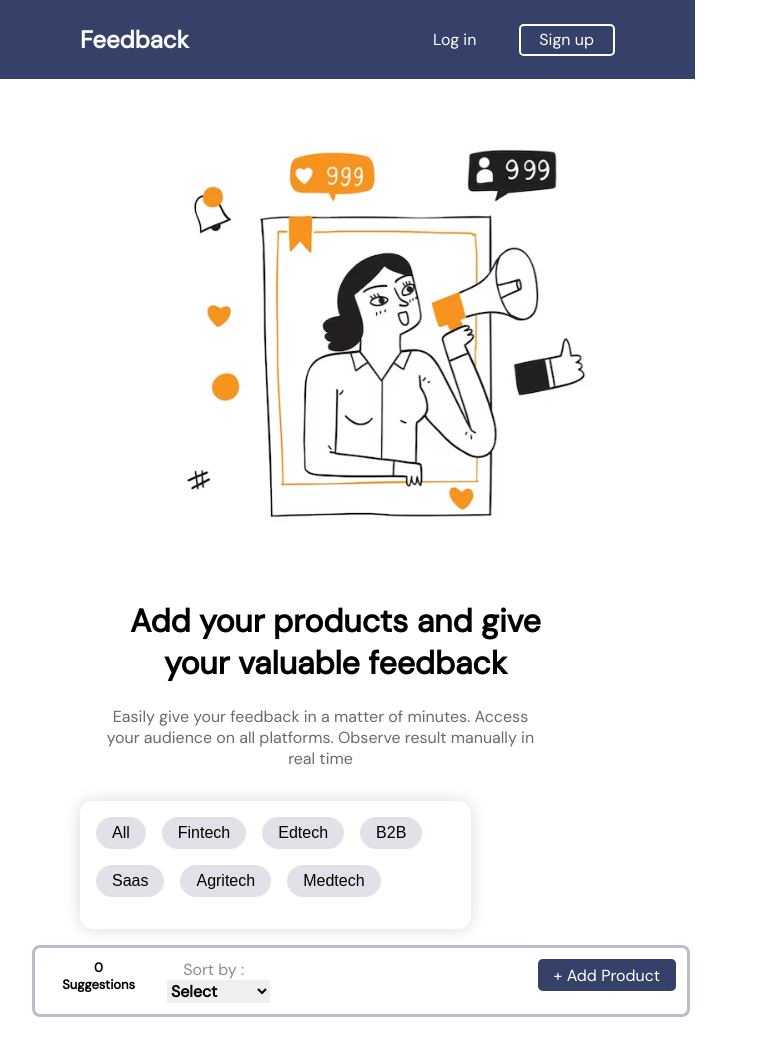
Repository: drumsmanku/final-evaluation-test
Page: / (app in client/)
These files come from the project's save history. The page is drawn as it stood at one moment and after the next save; the edit follows.
The browser window is 768 px wide. The pictures show the whole page.
The page's requests for data from a server got no answer. The project was rebuilt for these pictures with package versions that can differ from the ones it lists, and the page was loaded fresh each time. No one was signed in, and anything a server would have sent is missing. Also part of the build but not shown: client/src/CSS/LoginPopUp.css, client/src/Components/LoginPopUp.js, client/src/CSS/SignupPopUp.css, client/src/Components/SignupPopUp.js, client/src/CSS/AddProductPopUp.css, client/src/Components/AddProductPopUp.js, client/src/Components/CommentsSection.js, client/src/CSS/SignUp.css and 3 more.

Above is the page before, as saved 2023-08-01 07:37:05.

After the next save:
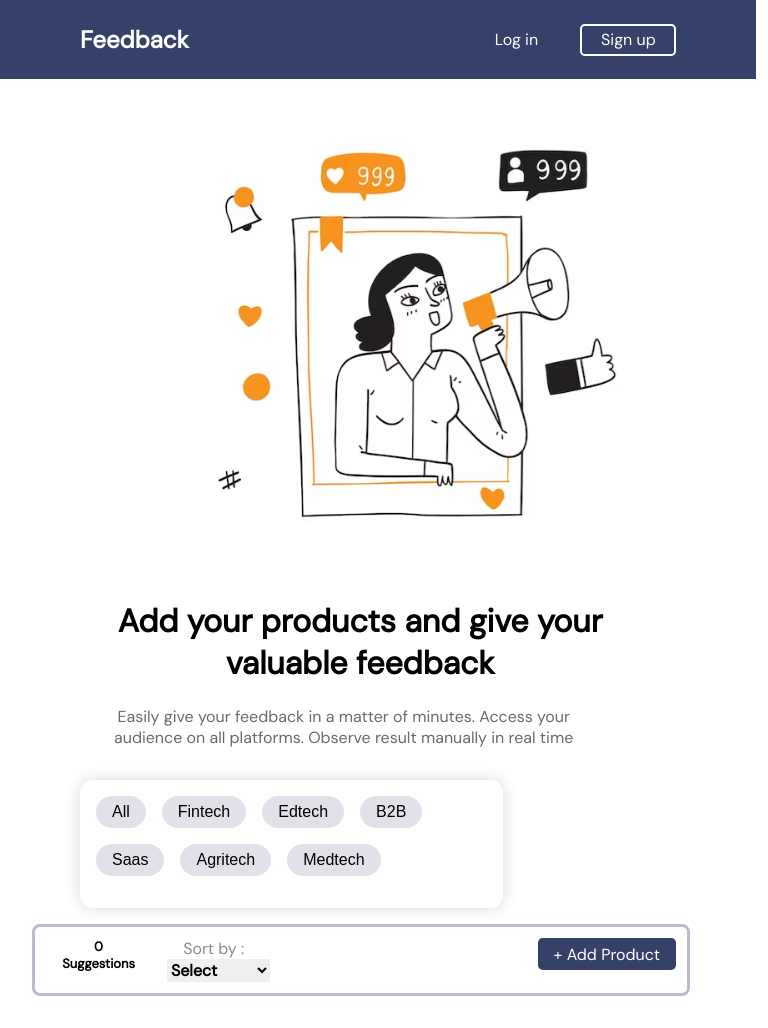
Saved 15 s later.
--- a/client/src/CSS/MainPage.css
+++ b/client/src/CSS/MainPage.css
@@ -157,7 +157,7 @@
 @media (max-width: 768px) {
   .main-container {
     flex-direction: column;
-    width: 90vw;
+
   }
   .title-desc{
     flex-direction: column;

After the save that followed:
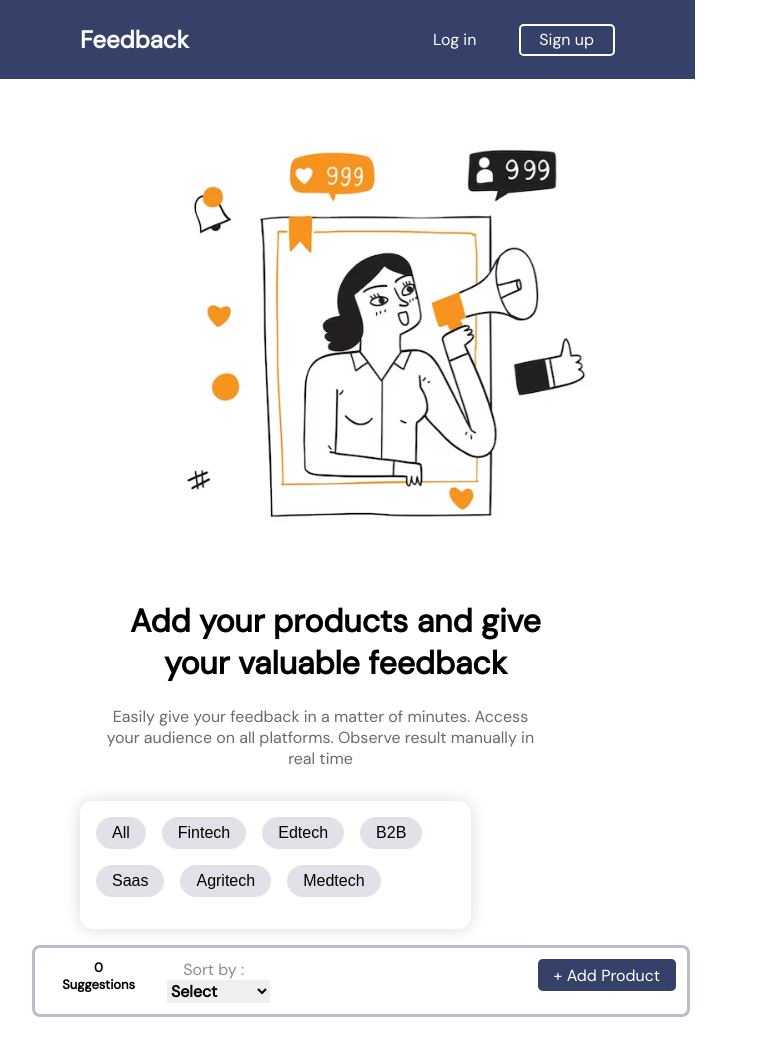
Saved 7 s later.
--- a/client/src/CSS/MainPage.css
+++ b/client/src/CSS/MainPage.css
@@ -157,7 +157,7 @@
 @media (max-width: 768px) {
   .main-container {
     flex-direction: column;
-
+    width: 90vw;
   }
   .title-desc{
     flex-direction: column;
